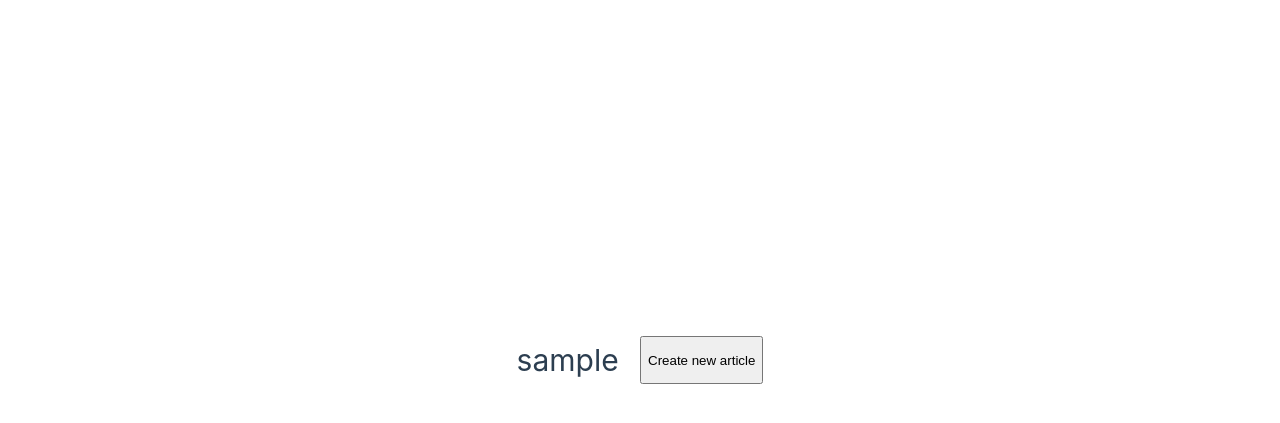
Repository: khentandaya/bulletinboard_crud
Page: /
The author's editor kept a copy of each file at every save. The page is drawn from the files as they stood at one save, then again after the next save.
The browser window is 1280 px wide. The pictures show the whole page.
The project was rebuilt for these pictures with package versions that can differ from the ones it lists, and the page was loaded fresh each time. Also part of the build but not shown: vite.config.js.

Above is the page before, as saved 2022-08-13 13:50:43.

After the next save:
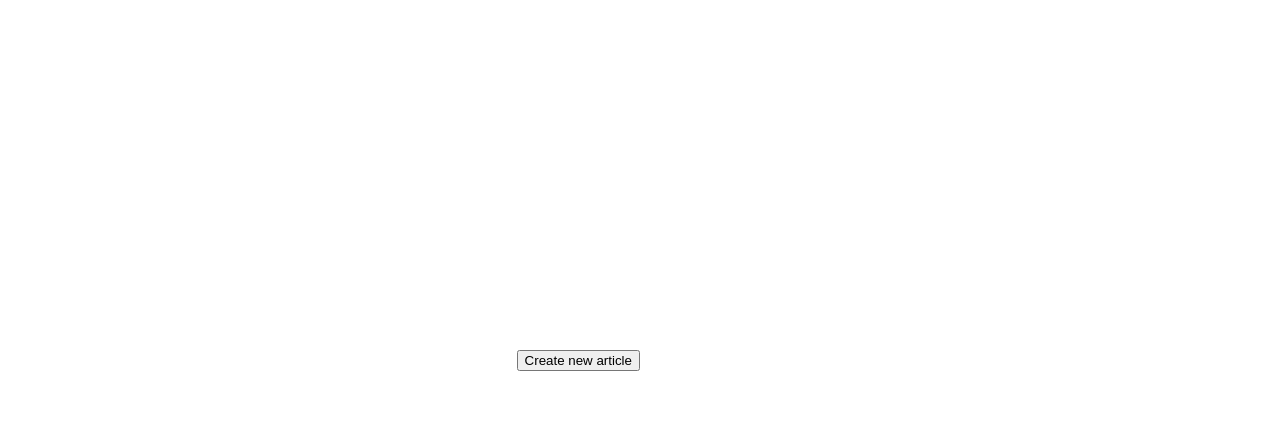
Saved 3 min 45 s later.
--- a/src/App.vue
+++ b/src/App.vue
@@ -50,40 +50,40 @@ const getItemID = (itemID) => {
 </script>
 
 <template>
-  <h1>sample</h1>
+  <div class="container" v-on:click="toggle_edit = false">
+    <button type="button" v-on:click="toggle = true">Create new article</button>
 
-  <button type="button" v-on:click="toggle = true">Create new article</button>
+    <div class="article" v-show="toggle">
+      inside article
+      <form @submit.prevent="handleSubmit()" v-on:submit="toggle = false">
+        <label for="title"> Article Title</label>
+        <input aria-label="Article Title" type="text" v-model="title" />
 
-  <div class="article" v-show="toggle">
-    inside article
-    <form @submit.prevent="handleSubmit()" v-on:submit="toggle = false">
-      <label for="title"> Article Title</label>
-      <input aria-label="Article Title" type="text" v-model="title" />
+        <label for="content"> Article content</label>
+        <input aria-label="Article Content" type="text" v-model="content" />
 
-      <label for="content"> Article content</label>
-      <input aria-label="Article Content" type="text" v-model="content" />
+        <button type="submit">submit</button>
+      </form>
+    </div>
+    <div class="table">
+      <table>
+        <tr v-for="article in article_arr" :key="article.id">
+          <td>Article:{{ article.title }} Content:{{ article.content }}</td>
+          <td>
+            <button type="button" v-on:click="toggle_edit = true">edit</button>
+          </td>
+          <td>
+            <button type="button" @click="deleteArticle(article.id)">delete</button>
+          </td>
+        </tr>
+      </table>
+    </div>
+    <div class="edit-container" v-show="toggle_edit">
+      <input aria-label="Title" placeholder="edit title" type="text" />
+      <input aria-label="Content" placeholder="edit content" type="text" />
 
-      <button type="submit">submit</button>
-    </form>
-  </div>
-  <div class="table">
-    <table>
-      <tr v-for="article in article_arr" :key="article.id">
-        <td>Article:{{ article.title }} Content:{{ article.content }}</td>
-        <td>
-          <button type="button" v-on:click="toggle_edit = true">edit</button>
-        </td>
-        <td>
-          <button type="button" @click="deleteArticle(article.id)">delete</button>
-        </td>
-      </tr>
-    </table>
-  </div>
-  <div class="edit-container" v-show="toggle_edit">
-    <input aria-label="Title" placeholder="edit title" type="text" />
-    <input aria-label="Content" placeholder="edit content" type="text" />
-
-    <button type="button" @click="updateArticle()">update</button>
+      <button type="button" @click="updateArticle()">update</button>
+    </div>
   </div>
 </template>
 
